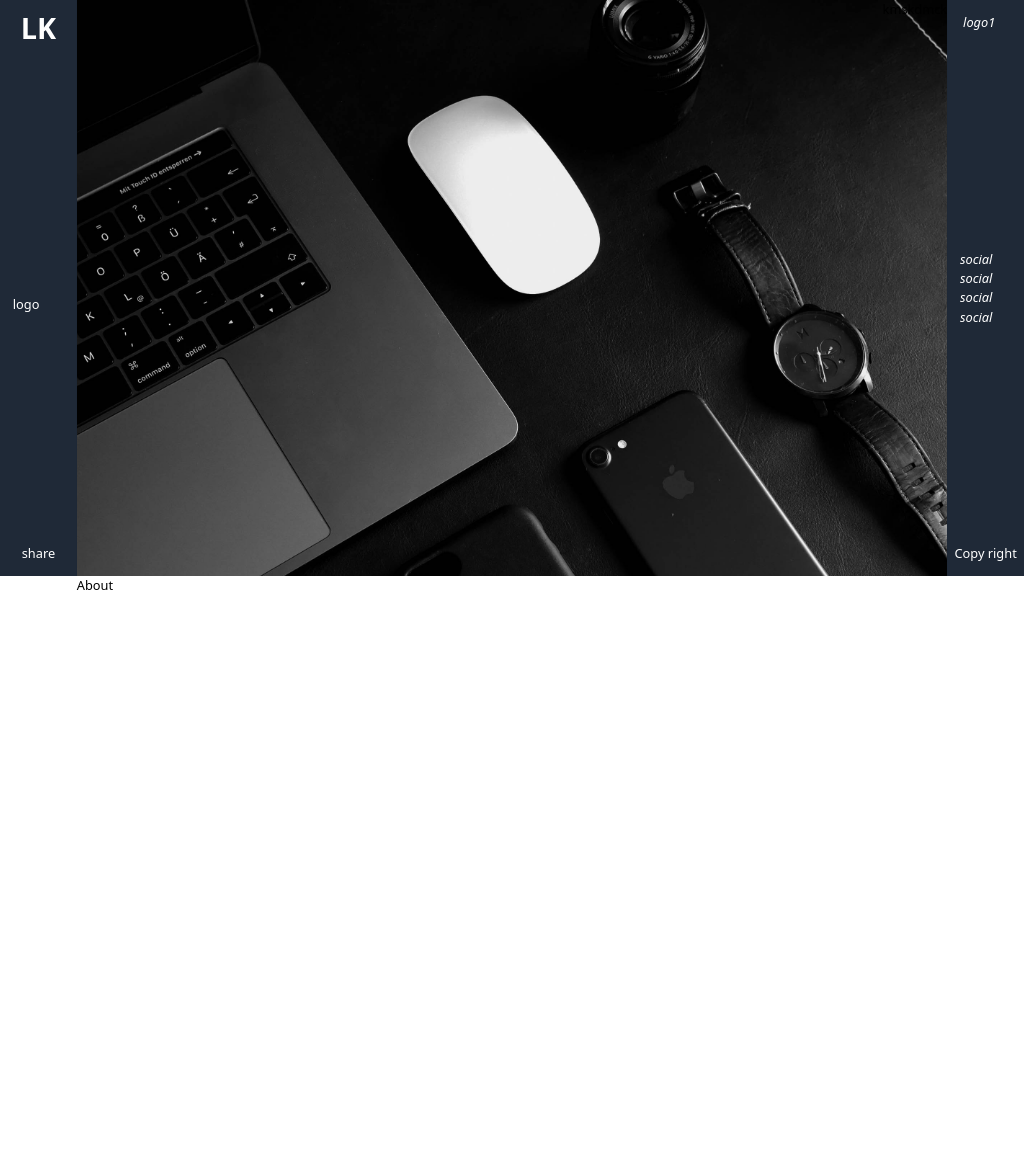
Repository: linco6054/template-tailwindcss
Page: index.html
An editor plug-in stored every save of this project. The page is shown before and after the next save, followed by the edit.
The browser window is 1280 px wide. The pictures show the whole page, at 80% of full size.

Above is the page before, as saved 2021-08-17 15:52:12.

### index.html
<!DOCTYPE html>
<html lang="en">

  <head>
    <meta charset="UTF-8" />
    <meta http-equiv="X-UA-Compatible" content="IE=edge" />
    <meta name="viewport" content="width=device-width, initial-scale=1.0" />
    <link href="https://unpkg.com/tailwindcss@^2/dist/tailwind.min.css" rel="stylesheet" />

    <title>Document</title>
  </head>

  <body class="text-white relative max-w-full h-auto flex flex-col lg:flex-row">
    <!-- nav -->
    <nav class="
        fixed
        top-0
        lg:left-0
        overflow-hidden
        bg-gray-800
        h-20
        flex
        justify-between
        lg:flex-col
        items-center
        w-full
        lg:w-24 lg:h-screen
      ">
      <span>
        <h1 class="mx-4 lg:mt-4 text-4xl font-bold">LK</h1>
      </span>
      <div class="mx-4 cursor-pointer">
        <i class="opacity-0 hover:opacity-100">menu</i>
        <span>logo</span>
      </div>

      <span class="mx-4 lg:mb-4">share</span>
    </nav>
    <!-- pages -->
    <section class="
        px-0
        lg:px-24
        overflow-hidden
        flex-col
        md:w-4/5
        lg:w-full
        h-auto
        text-black
        pt-20
        md:pt-0

      ">
      <div class="h-screen w-full relative overflow-hidden">
    <img class="absolute z-0 top-0 left-0 right-0 bottom-0" src="/images/bg.jpg" alt="">

        <div class=" absolute top-0 right-0">
          kmskdmck </div>
      </div>
      </div>
      <div class="h-screen">About</div>
    </section>
    <!-- footer -->
    <footer class="
        lg:fixed lg:right-0
        overflow-hidden
        w-full
        lg:w-24
        bg-gray-800
        h-20
        flex
        lg:h-screen
        flex-row-reverse
        justify-between
        items-center
        lg:flex-col
      ">
      <span class="mr-4 lg:mt-4">
        <i>logo1</i>
      </span>
      <span class="ml-4">
        <i>social</i>
        <i>social</i>
        <i>social</i>
        <i>social</i>
      </span>
      <span class="hidden lg:block lg:mb-4">Copy right</span>
    </footer>
  </body>

</html>

After the next save:
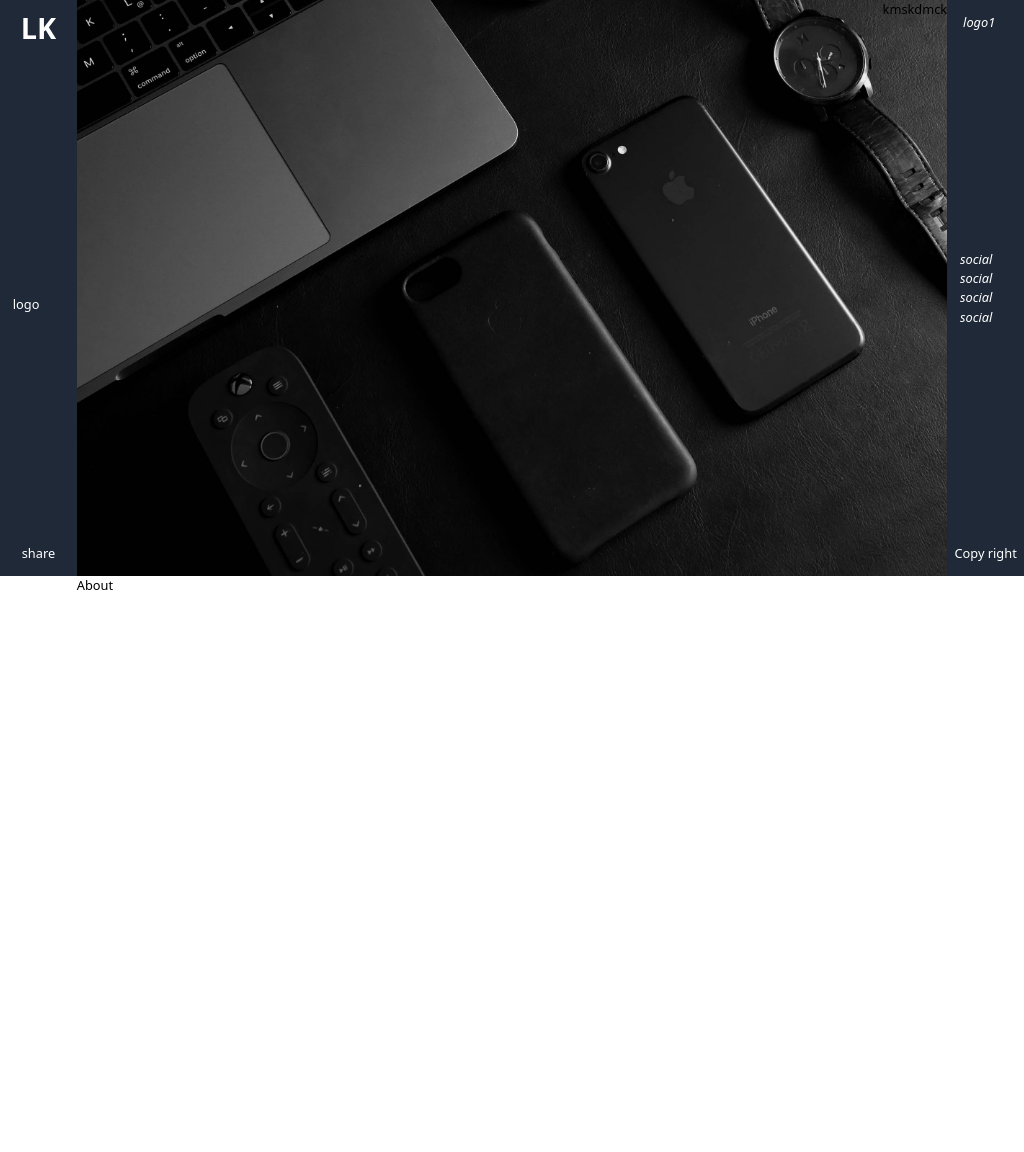
Saved 49 s later.
--- a/index.html
+++ b/index.html
@@ -51,7 +51,7 @@
 
       ">
       <div class="h-screen w-full relative overflow-hidden">
-    <img class="absolute z-0 top-0 left-0 right-0 bottom-0" src="/images/bg.jpg" alt="">
+    <img class="absolute z-0 left-0 right-0 bottom-0" src="/images/bg.jpg" alt="">
 
         <div class=" absolute top-0 right-0">
           kmskdmck </div>

After the 2 saves that followed:
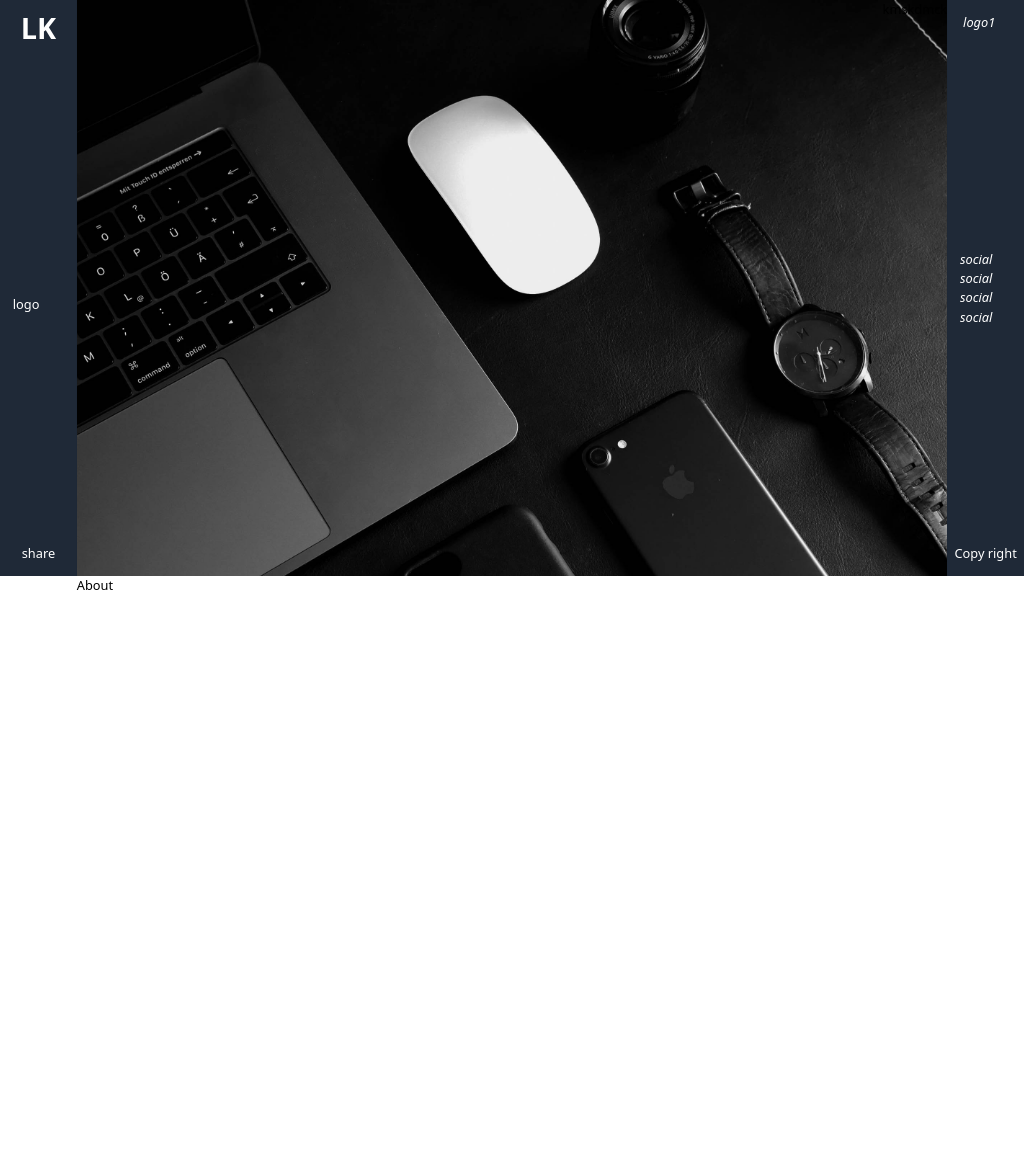
The 2 saves are shown as one change because 1 left the picture as it was.
The last was saved 11 s later.
--- a/index.html
+++ b/index.html
@@ -51,7 +51,7 @@
 
       ">
       <div class="h-screen w-full relative overflow-hidden">
-    <img class="absolute z-0 left-0 right-0 bottom-0" src="/images/bg.jpg" alt="">
+    <img class="absolute z-0  " src="/images/bg.jpg" alt="">
 
         <div class=" absolute top-0 right-0">
           kmskdmck </div>
